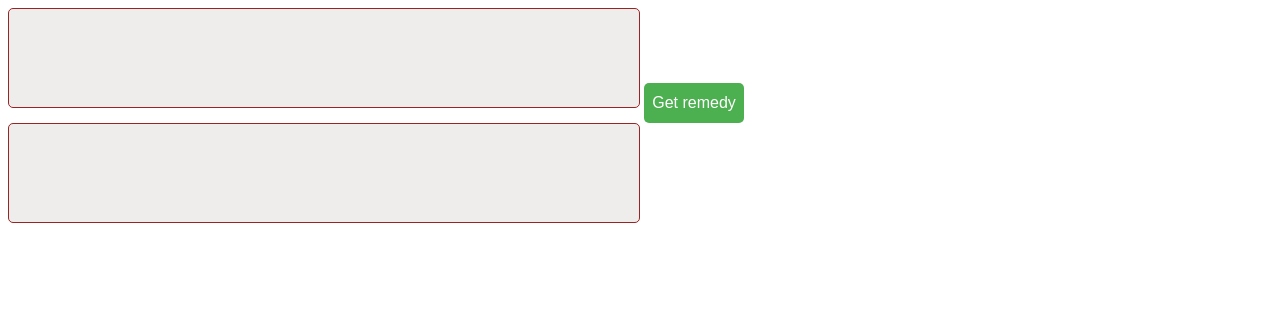
Repository: krutarthh/Ayurvedic-Remedy
Page: index.html
The author's editor kept a copy of each file at every save. The page is drawn from the files as they stood at one save, then again after the next save.
The browser window is 1280 px wide. The pictures show the whole page.

Above is the page before, as saved 2024-04-06 17:18:32.

### index.html
<!DOCTYPE html>
<html>
  <head>

    <script type="importmap">
      {
        "imports": {
          "@google/generative-ai": "https://esm.run/@google/generative-ai"
        }
      }
    </script>
  </head>
  <body>
    <link rel="stylesheet" href="app.css">
    <textarea id="user_input" rows="" cols=""></textarea>
    <button id="Send" type="">Get remedy</button>
    <div>
      <textarea id="answer" rows="" cols=""></textarea>
    </div>
    <script type="module" src="app.js"></script>
  </body>
</html>

### app.css
/* app.css */

/* Add your CSS styles here */
.container {
    display: flex;
    flex-direction: column;
    align-items: center;
    justify-content: center;
    height: 100vh;
    text-align: center; /* Center the text within the container */
}

#user_input {
    width: 50%;
    padding: 10px;
    font-size: 16px;
    border: 1px solid #992424;
    background: #efecec;
    border-radius: 5px;
    box-sizing: border-box;
    resize: none;
    height: 100px;
    margin: 0 auto; /* Center the text box horizontally */
}

#Send {
    width: 100px;
    height: 40px;
    background-color: #4CAF50;
    color: white;
    border: none;
    border-radius: 5px;
    font-size: 16px;
    cursor: pointer;
}

#answer {
    width: 50%;
    padding: 10px;
    font-size: 16px;
    border: 1px solid #992424;
    background: #efecec;
    border-radius: 5px;
    box-sizing: border-box;
    resize: none;
    height: 100px;
    padding-left: 20px;
    margin: 0 auto; /* Center the text box horizontally */
}

### app.js
import { GoogleGenerativeAI } from "@google/generative-ai";


const API_KEY = "AIzaSyDBtZZsASIYVyQiLgik32sfZeJjd2X8IPQ";


const genAI = new GoogleGenerativeAI(API_KEY);

const model = genAI.getGenerativeModel({ model: "gemini-pro" });


const user_input = document.getElementById("user_input");
const answer_area = document.getElementById("answer");
const send_button = document.getElementById("Send");

send_button.addEventListener("click", async () => {
    const question = user_input.value;
    const answer = await generateText(question + "give me a ayurvedic remidy, the answer should be short and specific behave like a chatbot dont format your answers just give simple text answers.");
    answer_area.textContent = answer;
});

async function generateText(prompt) {

    const result = await model.generateContent(prompt);
    const response = await result.response;
    const text = await response.text();
    return text;
}

After the next save:
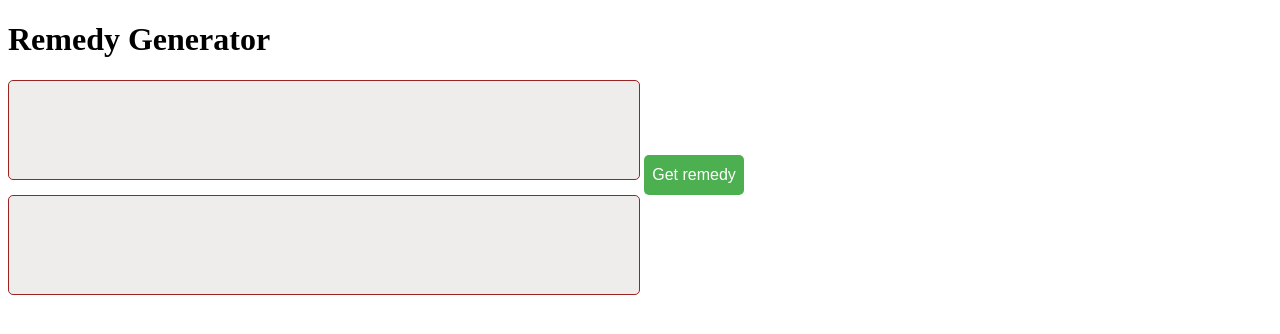
Saved 47 s later.
--- a/index.html
+++ b/index.html
@@ -11,6 +11,7 @@
     </script>
   </head>
   <body>
+    <h1>Remedy Generator</h1>
     <link rel="stylesheet" href="app.css">
     <textarea id="user_input" rows="" cols=""></textarea>
     <button id="Send" type="">Get remedy</button>
